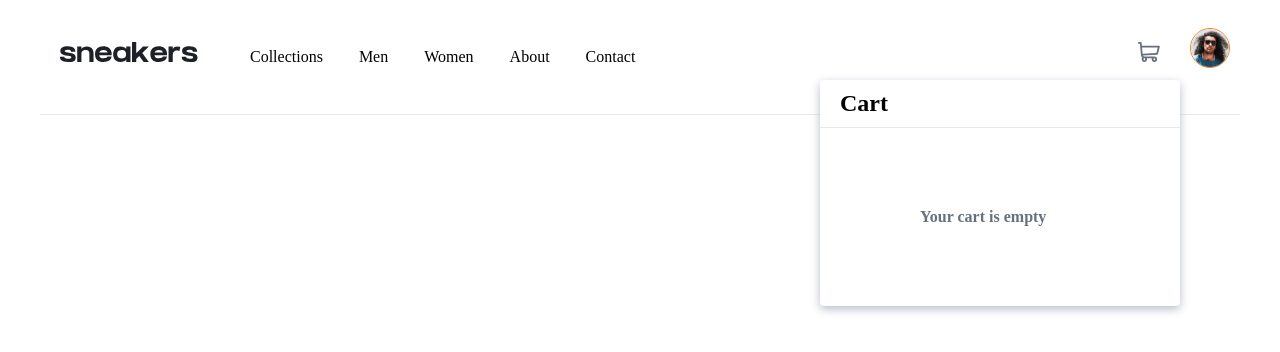
Repository: Bakyproit/Ecommerce
Page: index.html
These files come from the project's save history. The page is drawn as it stood at one moment and after the next save; the edit follows.
The browser window is 1280 px wide. The pictures show the whole page.
The style sheet was rebuilt from its Sass, Less or Tailwind sources for each picture, by a compiler version that may differ from the author's.

Above is the page before, as saved 2022-02-14 13:27:22.

After the next save:
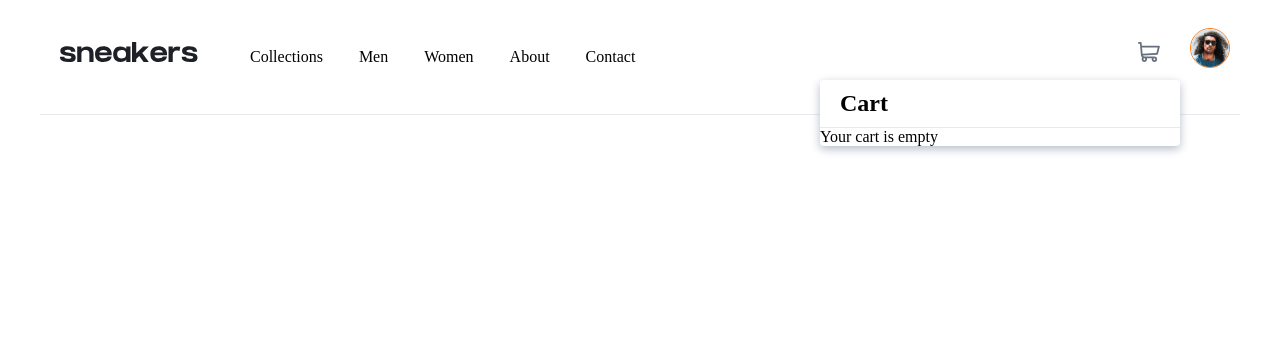
Saved 9 s later.
--- a/asset/sass/style.scss
+++ b/asset/sass/style.scss
@@ -63,7 +63,7 @@
         }
 
     }
-    .cart-list--no-cart .cart-list--no-cart-message{
+    .cart-list--no-cart .cart-list-message{
         display: inline-block;
         color : $Dark_grayish_blue ;
         font-weight: 700;

After the save that followed:
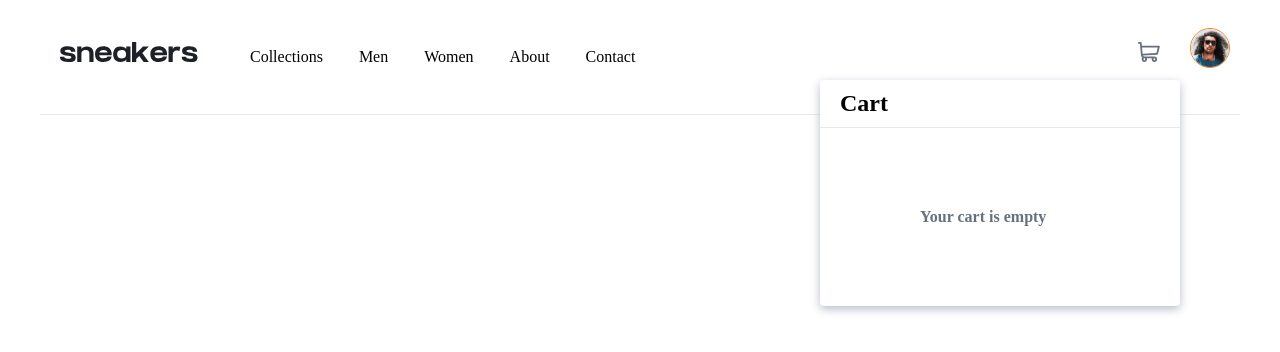
Saved 4 s later.
--- a/index.html
+++ b/index.html
@@ -46,7 +46,7 @@
                     <div class="cart-list cart-list--no-cart">
                         <h3 class="cart-list-heading">Cart</h3>
 
-                        <span class="cart-list--no-cart-message">Your cart is empty</span>
+                        <span class="cart-list-message">Your cart is empty</span>
 
 
 
